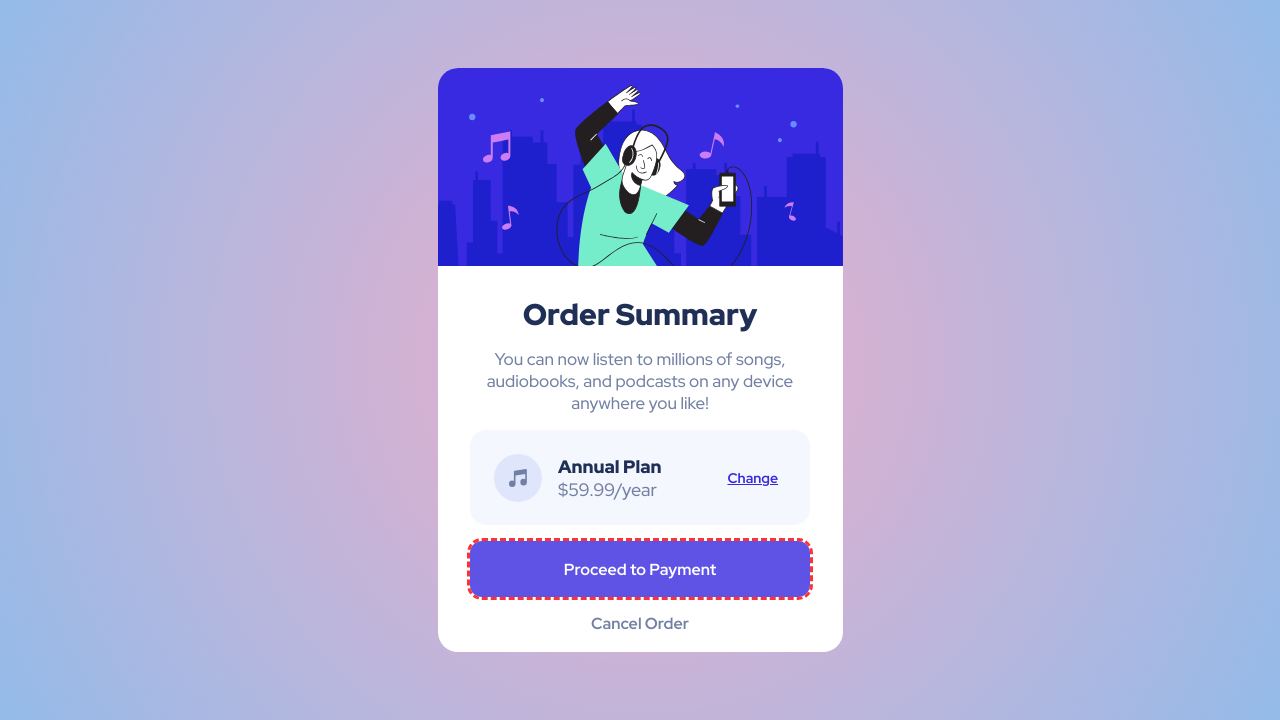
Repository: KamoliddinGIT/order-summary-card
Page: index.html
The author's editor kept a copy of each file at every save. The page is drawn from the files as they stood at one save, then again after the next save.
The browser window is 1280 px wide. The pictures show the whole page.
The first visible `.apply__btn` is being pressed.

Above is the page before, as saved 2023-09-13 11:07:50.

After the next save:
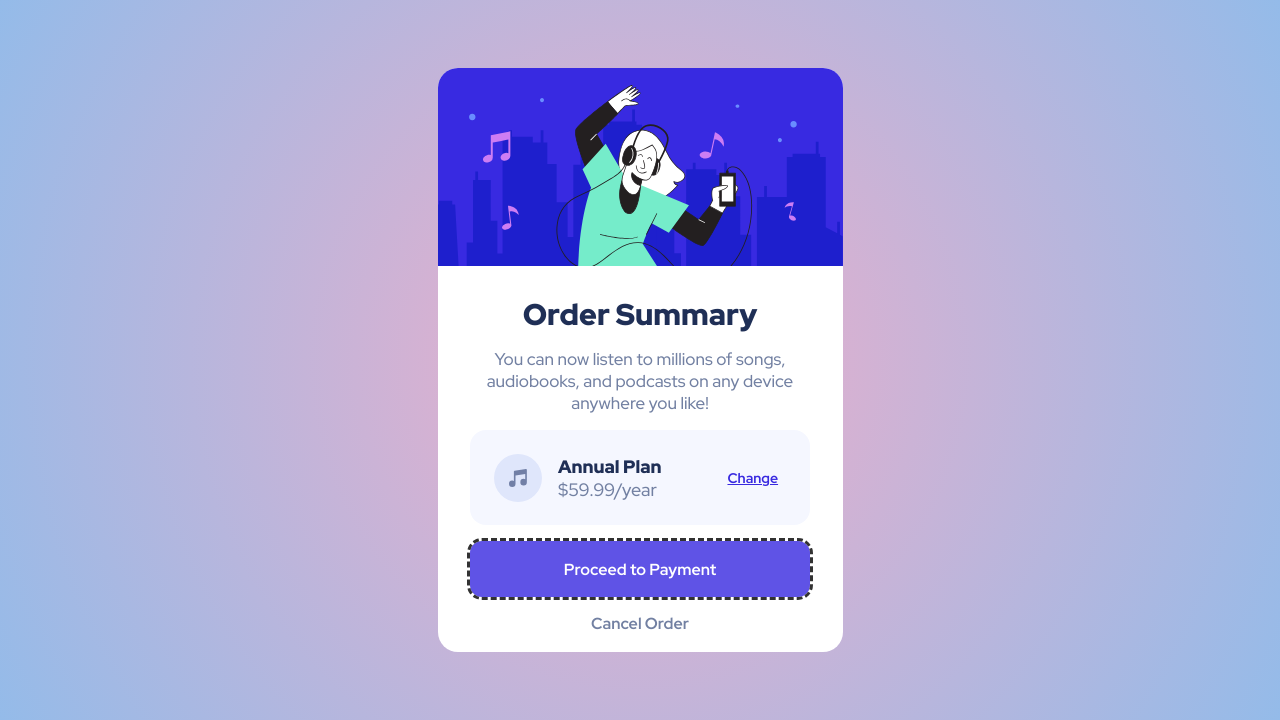
Saved 9 s later.
--- a/css/style.css
+++ b/css/style.css
@@ -109,7 +109,7 @@
 }
 
 .apply__btn:active {
-  outline: 3px dashed red;
+  outline: 3px dashed black;
   /* border: 3px dashed red; */
 }
 
